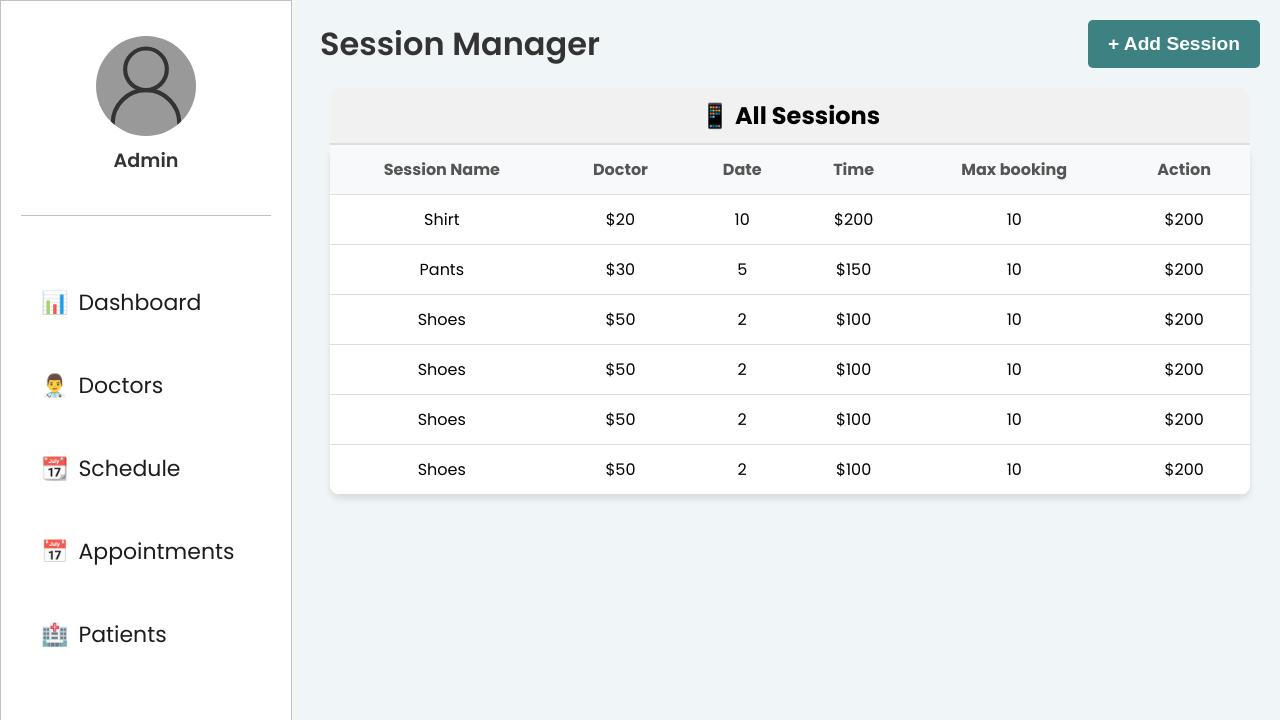
Repository: AriaFantom/Minor-Project
Page: http://localhost/Project/dashboard/admin/schedule.jsp
The author's editor kept a copy of each file at every save. The page is drawn from the files as they stood at one save, then again after the next save.
The browser window is 1280 px wide. The pictures show the whole page.
Some web fonts or font styles are not loaded; a fallback is used. The page is served by Tomcat 10.

Above is the page before, as saved 2024-12-05 06:48:19.

After the next save:
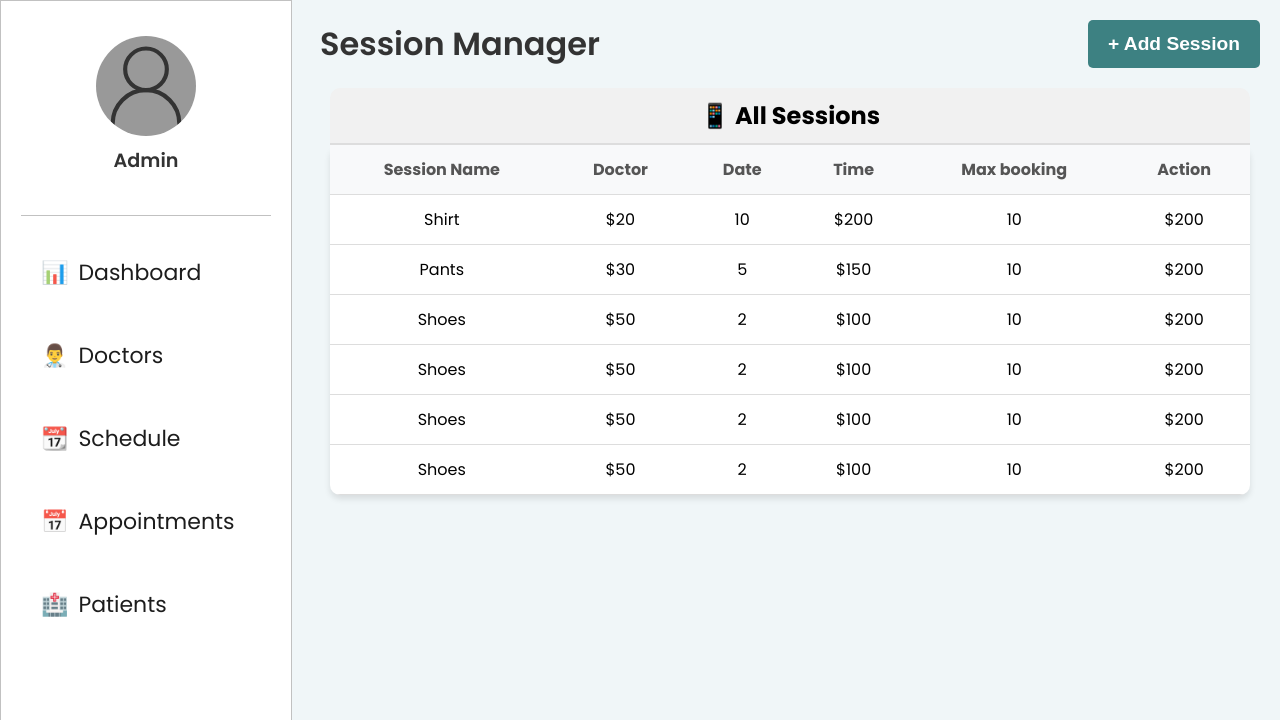
Saved 4 min 14 s later.
--- a/Project/src/main/webapp/dashboard/admin/schedule.jsp
+++ b/Project/src/main/webapp/dashboard/admin/schedule.jsp
@@ -19,7 +19,6 @@
         <p>Admin</p>
     </div>
     <ul class="siderbar-navlinks">
-   <li>
         <li>
       <a href="panel.jsp">
         <div class="icon">📊</div>
